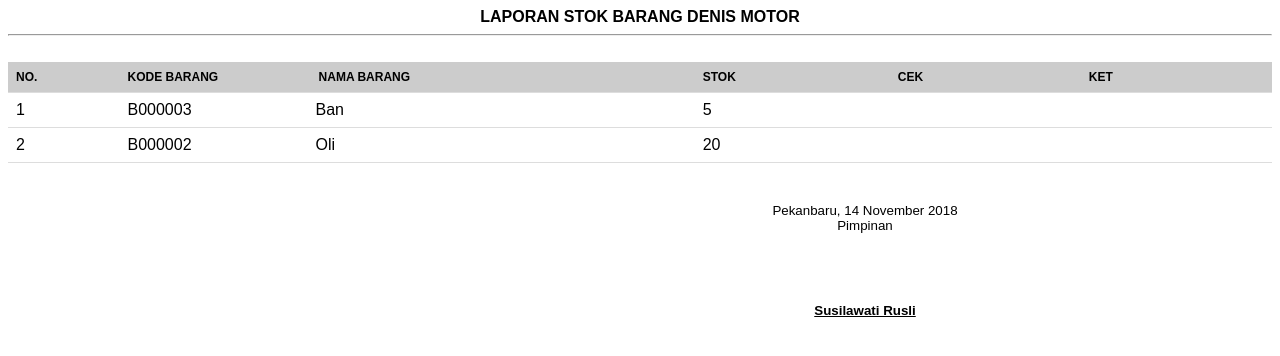
Repository: RezaFirmansyah90/Reza-stokbarang
Page: http://localhost/tcpdf/modules/lap-stok/cetak.php
These files come from the project's save history. The page is drawn as it stood at one moment and after the next save; the edit follows.
The browser window is 1280 px wide. The pictures show the whole page.
The page is run by PHP 8.4 with error messages shown; the project is at /var/www/html/. The database holds what the project's SQL file puts in it.

Above is the page before, as saved 2024-05-12 10:59:22.

### modules/lap-stok/cetak.php
<html> <!-- Bagian halaman HTML yang akan print -->
<?php
session_start();
ob_start();
// Panggil koneksi database.php untuk koneksi database
require_once "../../config/database.php";
// panggil fungsi untuk format tanggal
include "../../config/fungsi_tanggal.php";
// panggil fungsi untuk format rupiah
include "../../config/fungsi_rupiah.php";

$hari_ini = date("d-m-Y");

$no = 1;
// fungsi query untuk menampilkan data dari tabel helm
$query = mysqli_query($mysqli, "SELECT kode_helm,nama_helm,harga_beli,harga_jual,satuan,stok FROM is_helm ORDER BY nama_helm ASC")
                                or die('Ada kesalahan pada query tampil Data Helm: '.mysqli_error($mysqli));
$count  = mysqli_num_rows($query);
?>
    <head>
        <meta http-equiv="Content-Type" content="text/html; charset=iso-8859-1" />
        <title>Denis Motor</title>
        <link rel="stylesheet" type="text/css" href="../../assets/css/laporan.css" />
        <style>
table {
  border-collapse: collapse;
  width: 100%;
}

th, td {
  padding: 8px;
  text-align: left;
  border-bottom: 1px solid #ddd;
}

tr:hover {background-color:#f5f5f5;}
</style>
    </head>
    <body>
        <div id="title">
            LAPORAN STOK BARANG DENIS MOTOR
        </div>

        <hr><br>

        <div id="isi">
            <table width="100%" border="0.3" cellpadding="0" cellspacing="0">
                <thead style="background:#e8ecee">
                    <tr class="tr-title">
                        <th height="20" align="center" valign="middle">NO.</th>
                        <th height="20" align="center" valign="middle">KODE BARANG</th>
                        <th height="20" align="center" valign="middle">NAMA BARANG</th>
                        <th height="20" align="center" valign="middle">STOK</th>
                        <th height="20" align="center" valign="middle">CEK</th>
                        <th height="20" align="center" valign="middle">KET</th>
                    </tr>
                </thead>
                <tbody>
<?php
        // tampilkan data
        while ($data = mysqli_fetch_assoc($query)) {
            //$harga_beli = format_rupiah($data['harga_beli']);
            //$harga_jual = format_rupiah($data['harga_jual']);
            // menampilkan isi tabel dari database ke tabel di aplikasi
            echo "  <tr>
                        <td width='40' height='13' align='center' valign='middle'>$no</td>
                        <td width='80' height='13' align='center' valign='middle'>$data[kode_helm]</td>
                        <td style='padding-left:5px;' width='180' height='13' valign='middle'>$data[nama_helm]</td>
                        <td style='padding-right:10px;' width='80' height='13' align='right' valign='middle'>$data[stok]</td>
                        <td width='80' height='13' align='center' valign='middle'></td>
                        <td width='80' height='13' align='center' valign='middle'></td>
                    </tr>";
            $no++;
        }
?>
                </tbody>
            </table>

            <div id="footer-tanggal">
                Pekanbaru, <?php echo tgl_eng_to_ind("$hari_ini"); ?>
            </div>
            <div id="footer-jabatan">
                Pimpinan
            </div>

            <div id="footer-nama">
                Susilawati Rusli
            </div>
        </div>

        <script>
		window.print();
	    </script>

    </body>
</html><!-- Akhir halaman HTML yang akan di print -->

### config/database.php
<?php
// deklarasi parameter koneksi database
$server   = "localhost";
$username = "root";
$password = "";
$database = "stokbarang";

// koneksi database
$mysqli = new mysqli($server, $username, $password, $database);

// cek koneksi
if ($mysqli->connect_error) {
    die('Koneksi Database Gagal : '.$mysqli->connect_error);
}
?>

### config/fungsi_rupiah.php
<?php
// Fungsi format uang dalam rupah
function format_rupiah($angka){
  $rupiah=number_format($angka,0,',','.');
  return $rupiah;
}

// Fungsi rupiah untuk laporan pada halaman admin
function rp($uang){
  $rp = "";
  $digit = strlen($uang);

  while($digit > 3)
  {
    $rp = "." . substr($uang,-3) . $rp;
    $lebar = strlen($uang) - 3;
    $uang  = substr($uang,0,$lebar);
    $digit = strlen($uang);
  }
  $rp = $uang . $rp . ",-";
  return $rp;
}
?>

### assets/css/laporan.css
@charset "utf-8";
/* CSS Document */

table {
	border-collapse: collapse;
	width: 100%;
  }

  th, td {
	padding: 8px;
	text-align: left;
	border-bottom: 1px solid #ddd;
  }

  tr:hover {background-color:#f5f5f5;
}

#logo{
	height: 120px;
	margin-bottom: 50px;
	width: 100%;
	border-top-style: none;
	border-right-style: none;
	border-bottom-style: none;
	border-left-style: none;
}

#title{
	float: none;
	font-weight: bold;
	text-transform: capitalize;
	color: #000;
	margin-bottom: 4px;
	font-size: 12pt;
	text-decoration: none;
	text-align: center;
}

#title-tanggal{
	float: none;
	font-weight: bold;
	text-transform: capitalize;
	color: #000;
	margin-bottom: 10px;
	font-size: 10pt;
	text-decoration: none;
	text-align: center;
}

#isi{
	font-size: 9pt;
}

#isi-table{
	padding: 0 0 0 3px;
}

.tr-title{
	font-size: 9pt;
	font-weight: bold;
	color: #000;
	background-color: #CCC;
}

#footer-tanggal{
	color: #000;
	margin-top: 40px;
	margin-left: 450px;
	font-size: 10pt;
}

#footer-jabatan{
	color: #000;
	font-size: 10pt;
	margin-left: 450px;
	margin-bottom: 70px;
}

#footer-nama{
	color: #000;
	font-size: 10pt;
	margin-left: 450px;
	text-decoration: underline;
	font-weight: bold;
}

body {
	font-family: Arial, Helvetica, sans-serif;
	color: #000;
	text-align: center;
}

### database/stokbarang.sql (the tables this page reads)
CREATE TABLE `is_helm` (
  `kode_helm` varchar(7) NOT NULL,
  `nama_helm` varchar(50) NOT NULL,
  `harga_beli` int(11) NOT NULL,
  `harga_jual` int(11) NOT NULL,
  `satuan` varchar(20) NOT NULL,
  `stok` int(11) NOT NULL,
  `created_user` int(3) NOT NULL,
  `created_date` timestamp NOT NULL DEFAULT current_timestamp(),
  `updated_user` int(3) NOT NULL,
  `updated_date` timestamp NOT NULL DEFAULT current_timestamp() ON UPDATE current_timestamp()
) ENGINE=InnoDB DEFAULT CHARSET=latin1 COLLATE=latin1_swedish_ci;

INSERT INTO `is_helm` (`kode_helm`, `nama_helm`, `harga_beli`, `harga_jual`, `satuan`, `stok`, `created_user`, `created_date`, `updated_user`, `updated_date`) VALUES
('B000002', 'Oli', 450000, 470000, 'Pcs', 20, 1, '2024-05-12 09:24:25', 1, '2024-05-12 09:32:19'),
('B000003', 'Ban', 550000, 580000, 'Buah', 5, 1, '2024-05-12 09:28:23', 1, '2024-05-12 09:31:37');

ALTER TABLE `is_helm`
  ADD PRIMARY KEY (`kode_helm`),
  ADD KEY `created_user` (`created_user`),
  ADD KEY `updated_user` (`updated_user`);

ALTER TABLE `is_helm`
  ADD CONSTRAINT `is_helm_ibfk_1` FOREIGN KEY (`created_user`) REFERENCES `is_users` (`id_user`) ON DELETE CASCADE ON UPDATE CASCADE,
  ADD CONSTRAINT `is_helm_ibfk_2` FOREIGN KEY (`updated_user`) REFERENCES `is_users` (`id_user`) ON DELETE CASCADE ON UPDATE CASCADE;

Loaded but not shown: config/fungsi_tanggal.php (common file)

After the next save:
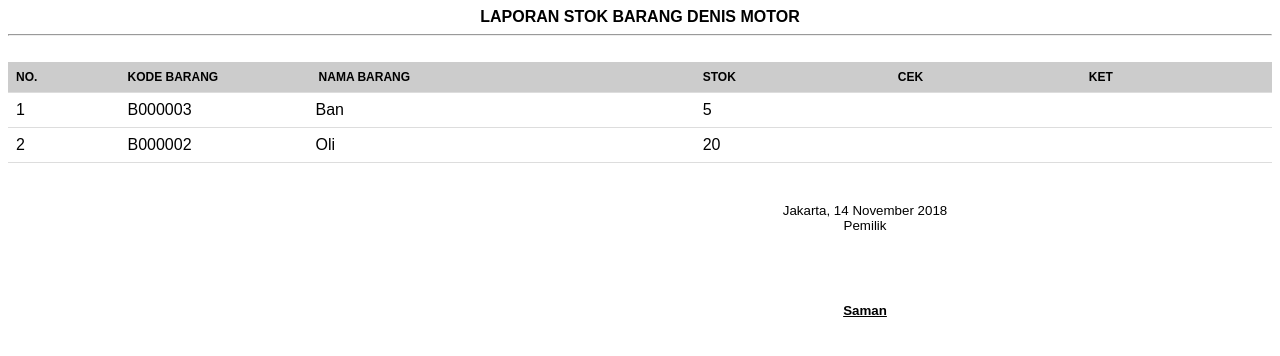
Saved 18 s later.
--- a/modules/lap-stok/cetak.php
+++ b/modules/lap-stok/cetak.php
@@ -77,14 +77,14 @@ tr:hover {background-color:#f5f5f5;}
             </table>
 
             <div id="footer-tanggal">
-                Pekanbaru, <?php echo tgl_eng_to_ind("$hari_ini"); ?>
+                Jakarta, <?php echo tgl_eng_to_ind("$hari_ini"); ?>
             </div>
             <div id="footer-jabatan">
-                Pimpinan
+                Pemilik
             </div>
 
             <div id="footer-nama">
-                Susilawati Rusli
+                Saman
             </div>
         </div>
 
